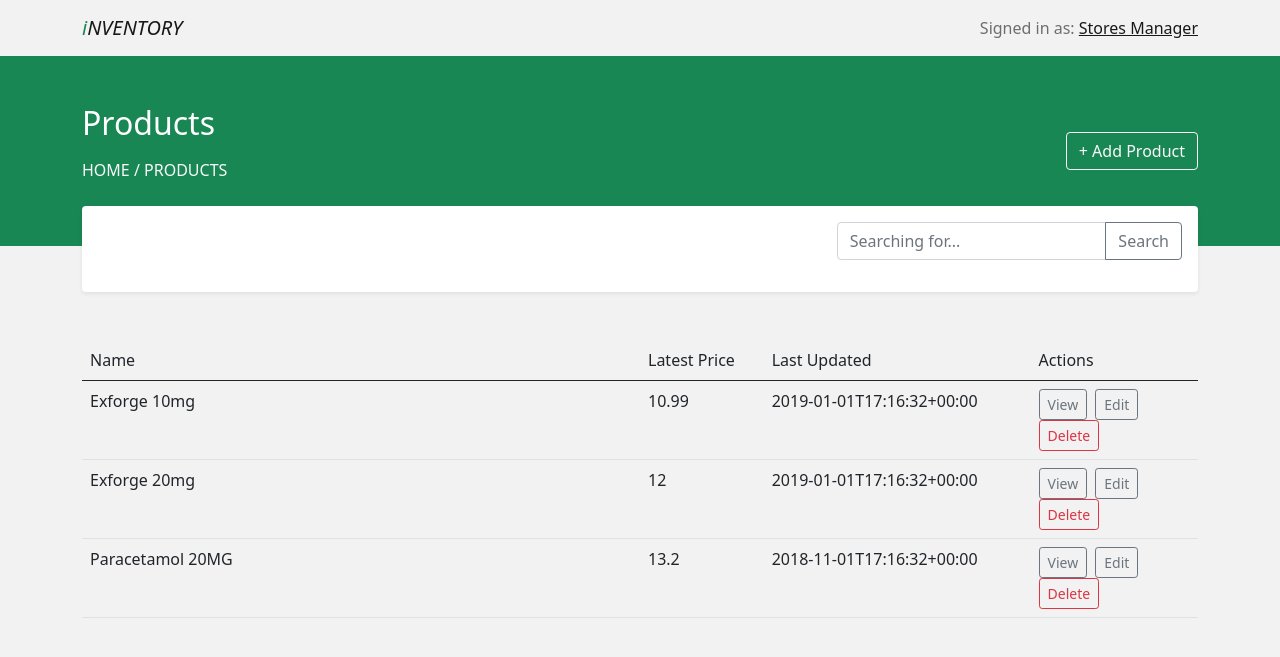
Repository: tHEO2k17/inventory-manager
Page: /
An editor plug-in stored every save of this project. The page is shown before and after the next save, followed by the edit.
The browser window is 1280 px wide. The pictures show the whole page.
The project was rebuilt for these pictures with package versions that can differ from the ones it lists, and the page was loaded fresh each time.

Above is the page before, as saved 2021-08-31 09:36:00.

### src/index.tsx
import React from 'react';
import ReactDOM from 'react-dom';
import './index.scss';
import App from './presentation/App';

ReactDOM.render(
  <React.StrictMode>
    <App />
  </React.StrictMode>,
  document.getElementById('root')
);

### src/index.scss
@import '~bootstrap/scss/bootstrap.scss';

body{
    background-color: #F2F2F2;
}

.mtn-40{
    margin-top: -40px;
}

### src/presentation/App.tsx
import ProductsPage from './pages/ProductsPage';

export default function App() {
  return ( <ProductsPage/> );
}

### src/presentation/pages/ProductsPage.tsx
import { Component } from "react"
import { Button, Card, Col, Container, FormControl, InputGroup, Row, Table } from "react-bootstrap";
import { mock } from "../../core/mock";
import Banner from "../components/Banner";
import Product from "../components/Product";
import ProductForm from "../components/ProductForm";
import TopBar from "../components/TopBar";

export default class ProductsPage extends Component {
    // constructor(props: any) {
    //     super(props);
    // }

    render() {
        return (
            <>
                <TopBar />
                <Banner />
                <Container>
                    <Card className="mtn-40 border-0 shadow-sm">
                        <Card.Body>
                            <Row>
                                <Col md="4" className="offset-8">
                                    <InputGroup className="mb-3">
                                        <FormControl
                                            placeholder="Searching for..."
                                            aria-label="Searching for..."
                                            aria-describedby="basic-addon2"
                                        />
                                        <Button variant="outline-secondary" id="button-addon2"> Search</Button>
                                    </InputGroup>
                                </Col>
                            </Row>
                        </Card.Body>
                    </Card>
                    {/* <ProductForm /> */}
                    <Table className="mt-5">
                        <thead>
                            <tr>
                                <td width="50%">Name</td>
                                <td>Latest Price</td>
                                <td>Last Updated</td>
                                <td width="15%">Actions</td>
                            </tr>
                        </thead>
                        <tbody>
                            {
                                mock.products.map(product => <Product key={product.id} product={product} />)
                            }
                        </tbody>
                    </Table>
                </Container>
            </>
        );
    }
}

### src/core/mock.ts
export const mock = {
    "products": [
        {
            "id": 1,
            "name": "Exforge 10mg",
            "prices": [
                {
                    "id": 1,
                    "price": 10.99,
                    "date": "2019-01-01T17:16:32+00:00"
                },
                {
                    "id": 2,
                    "price": 9.20,
                    "date": "2018-11-01T17:16:32+00:00"
                }
            ]
        },
        {
            "id": 2,
            "name": "Exforge 20mg",
            "prices": [
                {
                    "id": 3,
                    "price": 12.00,
                    "date": "2019-01-01T17:16:32+00:00"
                },
                {
                    "id": 4,
                    "price": 13.20,
                    "date": "2018-11-01T17:16:32+00:00"
                }
            ]
        },
        {
            "id": 3,
            "name": "Paracetamol 20MG",
            "prices": [
                {
                    "id": 5,
                    "price": 5.00,
                    "date": "2017-01-01T17:16:32+00:00"
                },
                {
                    "id": 6,
                    "price": 13.20,
                    "date": "2018-11-01T17:16:32+00:00"
                }
            ]
        }
    ]
};

### src/presentation/components/Banner.tsx
import { Button, Col, Container, Row } from "react-bootstrap";

const Banner = () => {
    return (
        <section className="bg-success">
            <Container className="py-5 text-white">
                <Row className="align-items-center">
                    <Col>
                        <h2>Products</h2>
                        <p className="text-light mt-3 fw-light fs-6">HOME / PRODUCTS</p>
                    </Col>
                    <Col>
                        <Button variant="outline-light" className="float-end">+ Add Product</Button>
                    </Col>
                </Row>
            </Container>
        </section>
    );
}

export default Banner;

### src/presentation/components/Product.tsx
import { Button } from "react-bootstrap"
import moment from 'moment';

const Product = ({ product }: ProductProps) => {

    const findLatestPriceInfo = (prices: any[]): any => {
        return prices.reduce(
            (acc: any, value: any) =>
                moment(acc.date).isAfter(value.date)
                    ? acc
                    : value
        );
    }

    return (
        <tr>
            <td>{product.name}</td>
            <td>{findLatestPriceInfo(product.prices).price}</td>
            <td>{findLatestPriceInfo(product.prices).date}</td>
            <td>
                <Button size="sm" variant="outline-secondary">View</Button>
                <Button size="sm" variant="outline-secondary" className="mx-2">Edit</Button>
                <Button size="sm" variant="outline-danger">Delete</Button>
            </td>
        </tr>
    );

}

export default Product;

type ProductProps = {
    key: any,
    product: any
}

### src/presentation/components/TopBar.tsx
import { Container, Navbar } from "react-bootstrap";

const TopBar = () => {
    return (
        <Navbar>
            <Container>
                <Navbar.Brand href="#home" className="fst-italic"><span className="text-success">i</span>NVENTORY</Navbar.Brand>
                <Navbar.Toggle />
                <Navbar.Collapse className="justify-content-end">
                    <Navbar.Text>
                        Signed in as: <a href="#login">Stores Manager</a>
                    </Navbar.Text>
                </Navbar.Collapse>
            </Container>
        </Navbar>
    );
}

export default TopBar;

Loaded but not shown: public/index.html (common file)

After the next save:
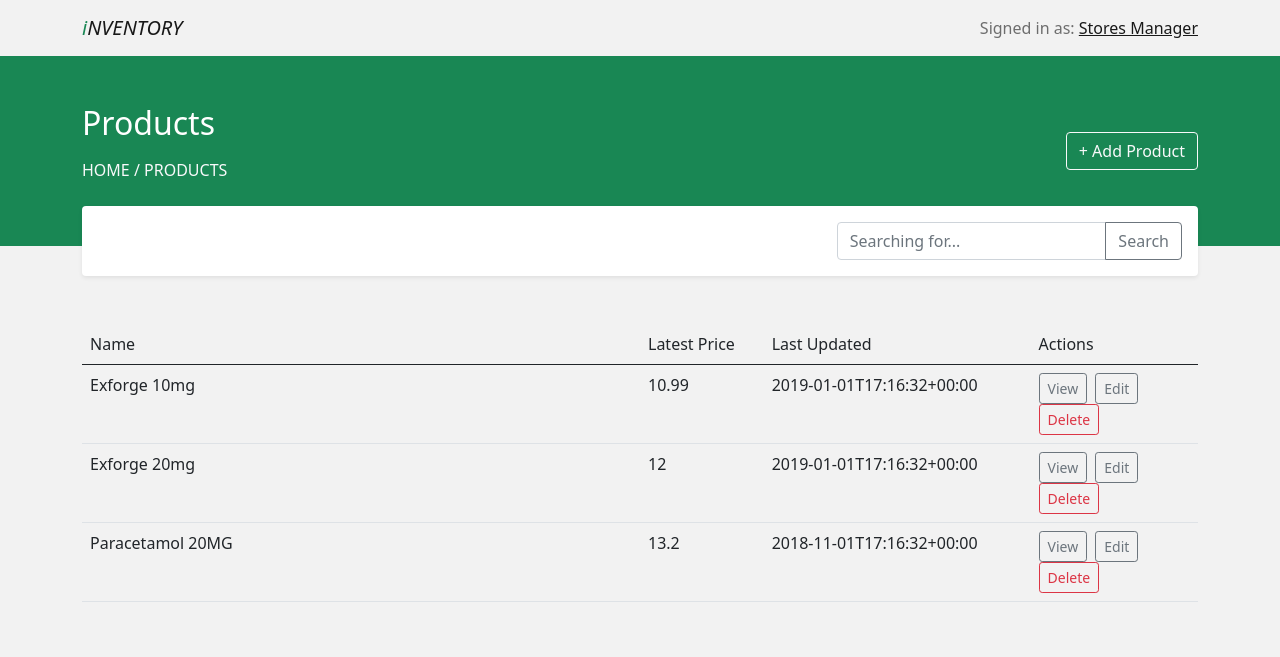
Saved 11 s later.
--- a/src/presentation/pages/ProductsPage.tsx
+++ b/src/presentation/pages/ProductsPage.tsx
@@ -21,7 +21,7 @@ export default class ProductsPage extends Component {
                         <Card.Body>
                             <Row>
                                 <Col md="4" className="offset-8">
-                                    <InputGroup className="mb-3">
+                                    <InputGroup>
                                         <FormControl
                                             placeholder="Searching for..."
                                             aria-label="Searching for..."
